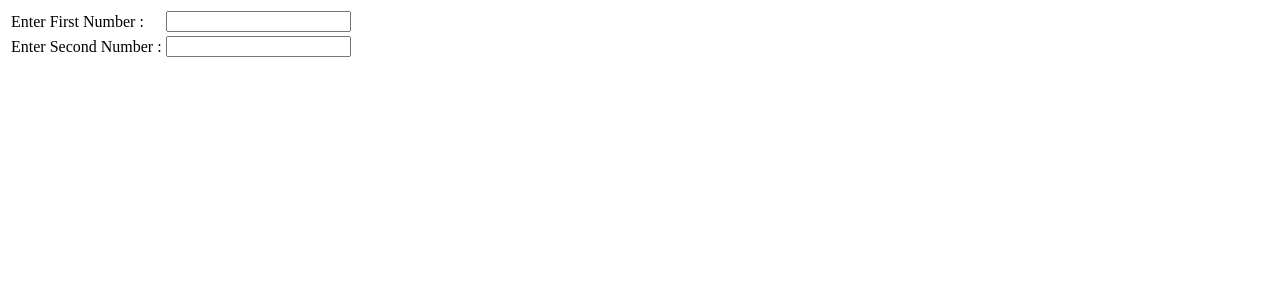
Repository: gajanansp07/Advance_Java_Practice
Page: Webapp/src/main/webapp/Calc.html
The author's editor kept a copy of each file at every save. The page is drawn from the files as they stood at one save, then again after the next save.
The browser window is 1280 px wide. The pictures show the whole page.

Above is the page before, as saved 2022-03-13 07:00:35.

After the next save:
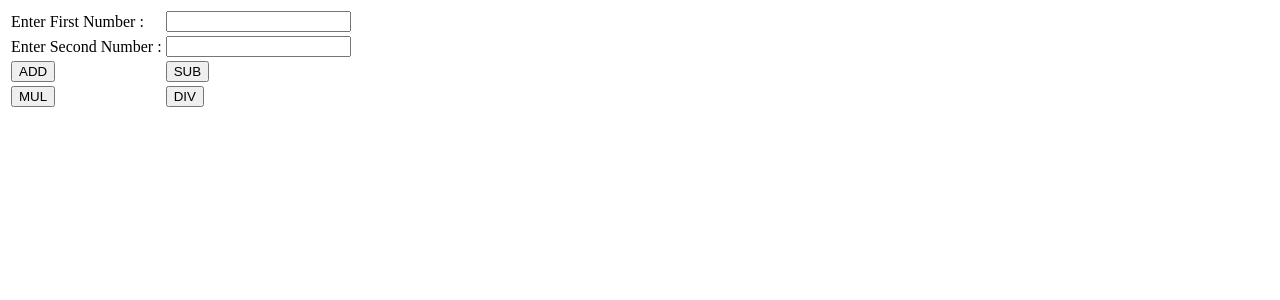
Saved 2 min 0 s later.
--- a/Webapp/src/main/webapp/Calc.html
+++ b/Webapp/src/main/webapp/Calc.html
@@ -15,6 +15,14 @@
 			<td>Enter Second Number : </td>
 			<td><input type="number" name="sn" /></td>
 		</tr>
+		<tr>
+			<td> <button>ADD</button> </td>
+			<td> <button>SUB</button> </td>
+		</tr>
+		<tr>
+			<td> <button>MUL</button> </td>
+			<td> <button>DIV</button> </td>
+		</tr>
 	</table>
 </form>
 
